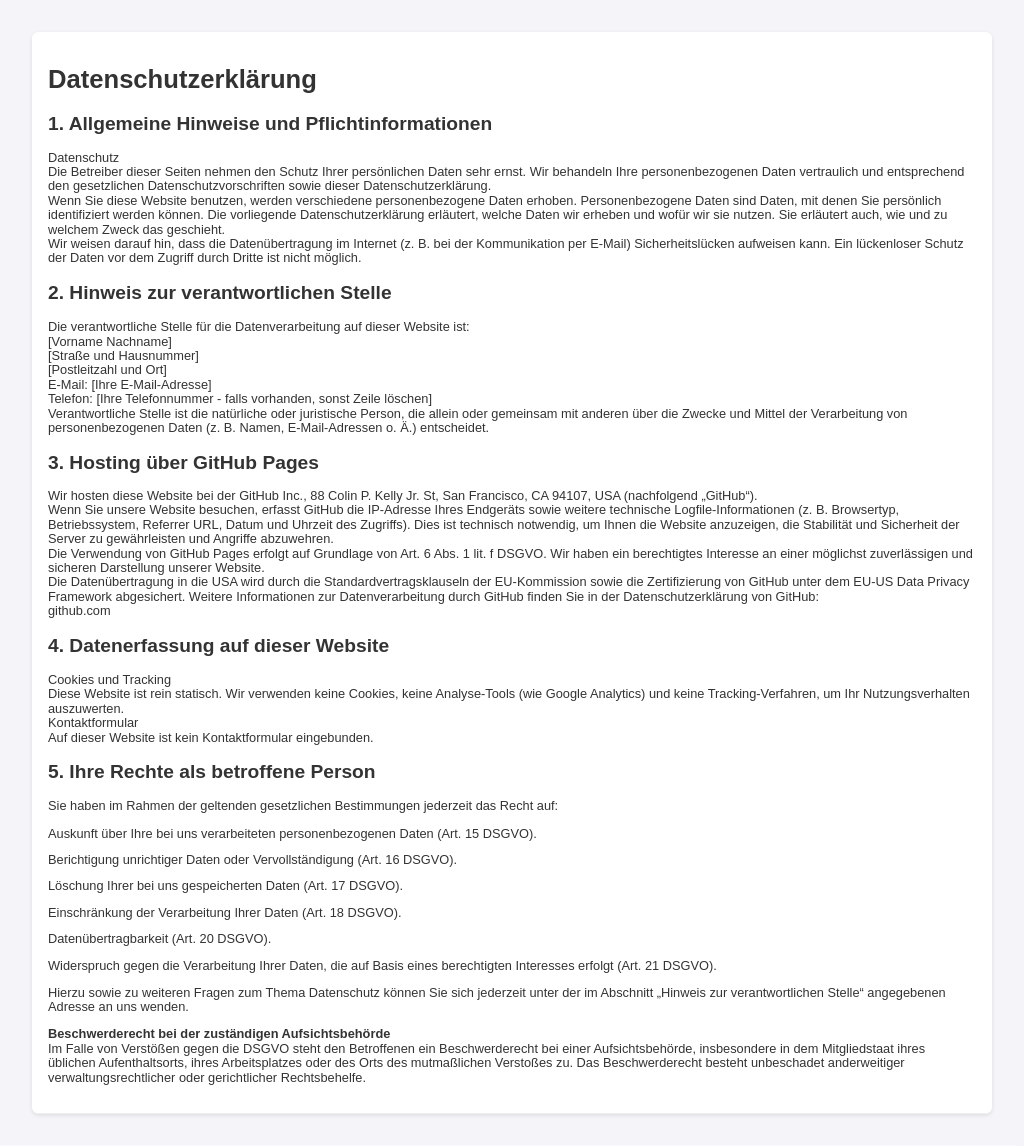
Repository: h-fahle/h-fahle.github.io
Page: datenschutz.html
An editor plug-in stored every save of this project. The page is shown before and after the next save, followed by the edit.
The browser window is 1280 px wide. The pictures show the whole page, at 80% of full size.

Above is the page before, as saved 2026-05-24 12:49:49.

### datenschutz.html
<!DOCTYPE html>
<html lang="de">
<head>
    <meta charset="UTF-8">
    <meta name="viewport" content="width=device-width, initial-scale=1.0">
    <title>Dokumentenübersicht</title>
    <style>
        body {
            margin: 0;
            font-family: Arial, sans-serif;
            display: flex;
            flex-direction: column;
            min-height: 100vh;
            background-color: #f4f4f9;
            color: #333;
        }
        footer {
            margin-top: auto; /* Drückt den Footer an den unteren Rand */
            background-color: #f1f1f1;
            text-align: center;
        }
        .container {
            background: #fff;
            margin: 40px;
            padding: 20px;
            border-radius: 8px;
            box-shadow: 0 2px 5px rgba(0,0,0,0.1);
        }
        ul {
            list-style-type: none;
            padding: 0;
        }
        li {
            margin: 15px 0;
        }
        a {
            text-decoration: none;
            color: #0066cc;
            font-weight: bold;
        }
        a:hover {
            text-decoration: underline;
        }
    </style>
</head>
<body>

    <div class="container">

<h1>Datenschutzerklärung</h1>
<h2>1. Allgemeine Hinweise und Pflichtinformationen</h2>
<p>Datenschutz<br>Die Betreiber dieser Seiten nehmen den Schutz Ihrer persönlichen Daten sehr ernst. Wir behandeln Ihre personenbezogenen Daten vertraulich und entsprechend den gesetzlichen Datenschutzvorschriften sowie dieser Datenschutzerklärung.<br>Wenn Sie diese Website benutzen, werden verschiedene personenbezogene Daten erhoben. Personenbezogene Daten sind Daten, mit denen Sie persönlich identifiziert werden können. Die vorliegende Datenschutzerklärung erläutert, welche Daten wir erheben und wofür wir sie nutzen. Sie erläutert auch, wie und zu welchem Zweck das geschieht.<br>Wir weisen darauf hin, dass die Datenübertragung im Internet (z. B. bei der Kommunikation per E-Mail) Sicherheitslücken aufweisen kann. Ein lückenloser Schutz der Daten vor dem Zugriff durch Dritte ist nicht möglich.</p>
<h2>2. Hinweis zur verantwortlichen Stelle</h2>
<p>Die verantwortliche Stelle für die Datenverarbeitung auf dieser Website ist:<br>[Vorname Nachname]<br>[Straße und Hausnummer]<br>[Postleitzahl und Ort]<br>E-Mail: [Ihre E-Mail-Adresse]<br>Telefon: [Ihre Telefonnummer - falls vorhanden, sonst Zeile löschen]<br>Verantwortliche Stelle ist die natürliche oder juristische Person, die allein oder gemeinsam mit anderen über die Zwecke und Mittel der Verarbeitung von personenbezogenen Daten (z. B. Namen, E-Mail-Adressen o. Ä.) entscheidet.</p>
<h2>3. Hosting über GitHub Pages</h2>
<p>Wir hosten diese Website bei der GitHub Inc., 88 Colin P. Kelly Jr. St, San Francisco, CA 94107, USA (nachfolgend „GitHub“).<br>Wenn Sie unsere Website besuchen, erfasst GitHub die IP-Adresse Ihres Endgeräts sowie weitere technische Logfile-Informationen (z. B. Browsertyp, Betriebssystem, Referrer URL, Datum und Uhrzeit des Zugriffs). Dies ist technisch notwendig, um Ihnen die Website anzuzeigen, die Stabilität und Sicherheit der Server zu gewährleisten und Angriffe abzuwehren.<br>Die Verwendung von GitHub Pages erfolgt auf Grundlage von Art. 6 Abs. 1 lit. f DSGVO. Wir haben ein berechtigtes Interesse an einer möglichst zuverlässigen und sicheren Darstellung unserer Website.<br>Die Datenübertragung in die USA wird durch die Standardvertragsklauseln der EU-Kommission sowie die Zertifizierung von GitHub unter dem EU-US Data Privacy Framework abgesichert. Weitere Informationen zur Datenverarbeitung durch GitHub finden Sie in der Datenschutzerklärung von GitHub:<br>github.com</p>
<h2>4. Datenerfassung auf dieser Website</h2>
<p>Cookies und Tracking<br>Diese Website ist rein statisch. Wir verwenden keine Cookies, keine Analyse-Tools (wie Google Analytics) und keine Tracking-Verfahren, um Ihr Nutzungsverhalten auszuwerten.<br>Kontaktformular<br>Auf dieser Website ist kein Kontaktformular eingebunden.</p>
<h2>5. Ihre Rechte als betroffene Person</h2>
<p>Sie haben im Rahmen der geltenden gesetzlichen Bestimmungen jederzeit das Recht auf:</p>
<ul>
<li>Auskunft über Ihre bei uns verarbeiteten personenbezogenen Daten (Art. 15 DSGVO).</li>
<li>Berichtigung unrichtiger Daten oder Vervollständigung (Art. 16 DSGVO).</li>
<li>Löschung Ihrer bei uns gespeicherten Daten (Art. 17 DSGVO).</li>
<li>Einschränkung der Verarbeitung Ihrer Daten (Art. 18 DSGVO).</li>
<li>Datenübertragbarkeit (Art. 20 DSGVO).</li>
<li>Widerspruch gegen die Verarbeitung Ihrer Daten, die auf Basis eines berechtigten Interesses erfolgt (Art. 21 DSGVO).</li>
</ul>
<p>Hierzu sowie zu weiteren Fragen zum Thema Datenschutz können Sie sich jederzeit unter der im Abschnitt „Hinweis zur verantwortlichen Stelle“ angegebenen Adresse an uns wenden.</p>
<p><strong>Beschwerderecht bei der zuständigen Aufsichtsbehörde</strong><br>Im Falle von Verstößen gegen die DSGVO steht den Betroffenen ein Beschwerderecht bei einer Aufsichtsbehörde, insbesondere in dem Mitgliedstaat ihres üblichen Aufenthaltsorts, ihres Arbeitsplatzes oder des Orts des mutmaßlichen Verstoßes zu. Das Beschwerderecht besteht unbeschadet anderweitiger verwaltungsrechtlicher oder gerichtlicher Rechtsbehelfe.</p>

    </div>

</body>
</html>

After the next save:
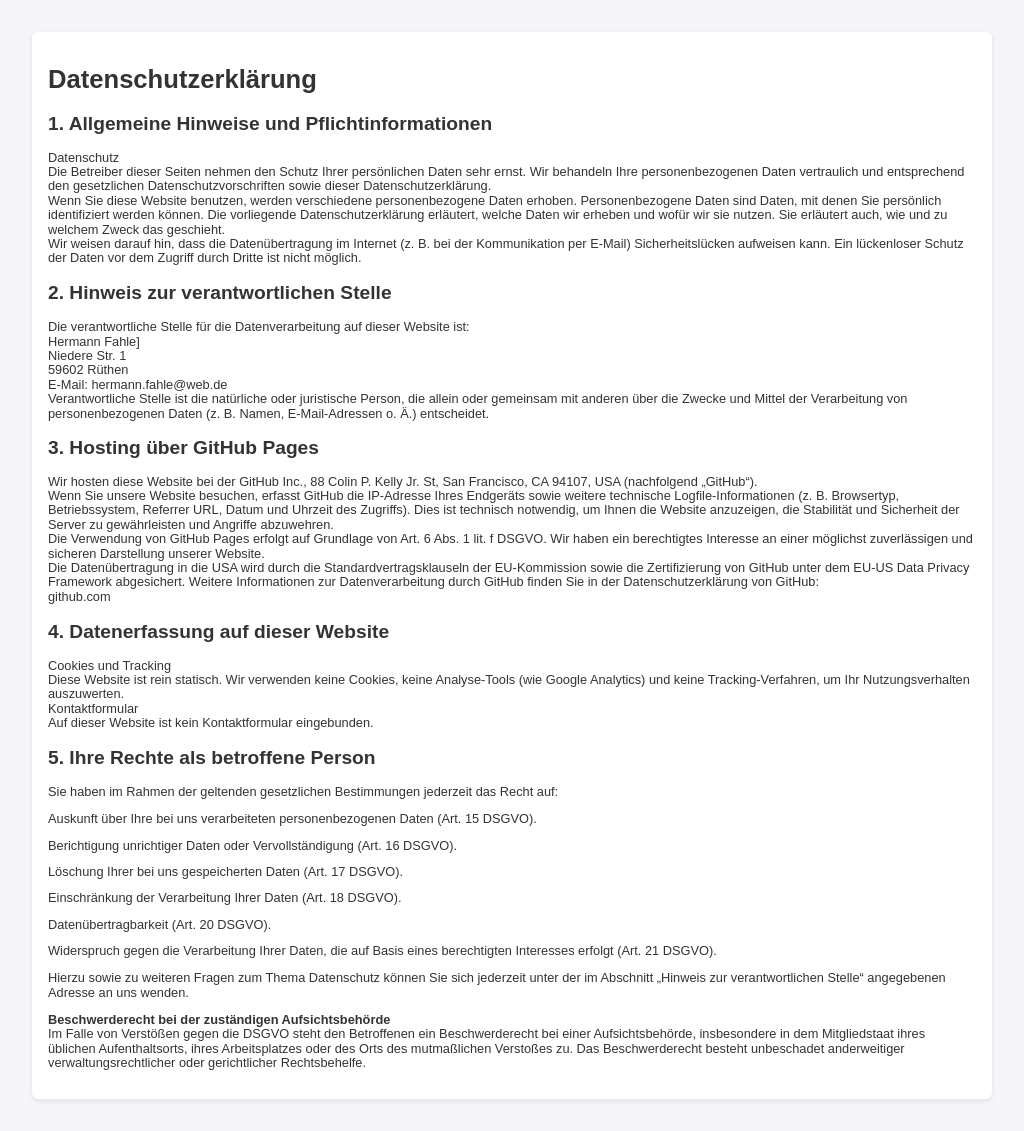
Saved 5 min 58 s later.
--- a/datenschutz.html
+++ b/datenschutz.html
@@ -48,14 +48,24 @@
     <div class="container">
 
 <h1>Datenschutzerklärung</h1>
+
 <h2>1. Allgemeine Hinweise und Pflichtinformationen</h2>
 <p>Datenschutz<br>Die Betreiber dieser Seiten nehmen den Schutz Ihrer persönlichen Daten sehr ernst. Wir behandeln Ihre personenbezogenen Daten vertraulich und entsprechend den gesetzlichen Datenschutzvorschriften sowie dieser Datenschutzerklärung.<br>Wenn Sie diese Website benutzen, werden verschiedene personenbezogene Daten erhoben. Personenbezogene Daten sind Daten, mit denen Sie persönlich identifiziert werden können. Die vorliegende Datenschutzerklärung erläutert, welche Daten wir erheben und wofür wir sie nutzen. Sie erläutert auch, wie und zu welchem Zweck das geschieht.<br>Wir weisen darauf hin, dass die Datenübertragung im Internet (z. B. bei der Kommunikation per E-Mail) Sicherheitslücken aufweisen kann. Ein lückenloser Schutz der Daten vor dem Zugriff durch Dritte ist nicht möglich.</p>
+
 <h2>2. Hinweis zur verantwortlichen Stelle</h2>
-<p>Die verantwortliche Stelle für die Datenverarbeitung auf dieser Website ist:<br>[Vorname Nachname]<br>[Straße und Hausnummer]<br>[Postleitzahl und Ort]<br>E-Mail: [Ihre E-Mail-Adresse]<br>Telefon: [Ihre Telefonnummer - falls vorhanden, sonst Zeile löschen]<br>Verantwortliche Stelle ist die natürliche oder juristische Person, die allein oder gemeinsam mit anderen über die Zwecke und Mittel der Verarbeitung von personenbezogenen Daten (z. B. Namen, E-Mail-Adressen o. Ä.) entscheidet.</p>
+<p>Die verantwortliche Stelle für die Datenverarbeitung auf dieser Website ist:<br>
+    Hermann Fahle]<br>
+    Niedere Str. 1<br>
+    59602 Rüthen<br>
+    E-Mail: hermann.fahle@web.de<br>
+Verantwortliche Stelle ist die natürliche oder juristische Person, die allein oder gemeinsam mit anderen über die Zwecke und Mittel der Verarbeitung von personenbezogenen Daten (z. B. Namen, E-Mail-Adressen o. Ä.) entscheidet.</p>
+
 <h2>3. Hosting über GitHub Pages</h2>
 <p>Wir hosten diese Website bei der GitHub Inc., 88 Colin P. Kelly Jr. St, San Francisco, CA 94107, USA (nachfolgend „GitHub“).<br>Wenn Sie unsere Website besuchen, erfasst GitHub die IP-Adresse Ihres Endgeräts sowie weitere technische Logfile-Informationen (z. B. Browsertyp, Betriebssystem, Referrer URL, Datum und Uhrzeit des Zugriffs). Dies ist technisch notwendig, um Ihnen die Website anzuzeigen, die Stabilität und Sicherheit der Server zu gewährleisten und Angriffe abzuwehren.<br>Die Verwendung von GitHub Pages erfolgt auf Grundlage von Art. 6 Abs. 1 lit. f DSGVO. Wir haben ein berechtigtes Interesse an einer möglichst zuverlässigen und sicheren Darstellung unserer Website.<br>Die Datenübertragung in die USA wird durch die Standardvertragsklauseln der EU-Kommission sowie die Zertifizierung von GitHub unter dem EU-US Data Privacy Framework abgesichert. Weitere Informationen zur Datenverarbeitung durch GitHub finden Sie in der Datenschutzerklärung von GitHub:<br>github.com</p>
+
 <h2>4. Datenerfassung auf dieser Website</h2>
 <p>Cookies und Tracking<br>Diese Website ist rein statisch. Wir verwenden keine Cookies, keine Analyse-Tools (wie Google Analytics) und keine Tracking-Verfahren, um Ihr Nutzungsverhalten auszuwerten.<br>Kontaktformular<br>Auf dieser Website ist kein Kontaktformular eingebunden.</p>
+
 <h2>5. Ihre Rechte als betroffene Person</h2>
 <p>Sie haben im Rahmen der geltenden gesetzlichen Bestimmungen jederzeit das Recht auf:</p>
 <ul>
@@ -66,7 +76,9 @@
 <li>Datenübertragbarkeit (Art. 20 DSGVO).</li>
 <li>Widerspruch gegen die Verarbeitung Ihrer Daten, die auf Basis eines berechtigten Interesses erfolgt (Art. 21 DSGVO).</li>
 </ul>
+
 <p>Hierzu sowie zu weiteren Fragen zum Thema Datenschutz können Sie sich jederzeit unter der im Abschnitt „Hinweis zur verantwortlichen Stelle“ angegebenen Adresse an uns wenden.</p>
+
 <p><strong>Beschwerderecht bei der zuständigen Aufsichtsbehörde</strong><br>Im Falle von Verstößen gegen die DSGVO steht den Betroffenen ein Beschwerderecht bei einer Aufsichtsbehörde, insbesondere in dem Mitgliedstaat ihres üblichen Aufenthaltsorts, ihres Arbeitsplatzes oder des Orts des mutmaßlichen Verstoßes zu. Das Beschwerderecht besteht unbeschadet anderweitiger verwaltungsrechtlicher oder gerichtlicher Rechtsbehelfe.</p>
 
     </div>
